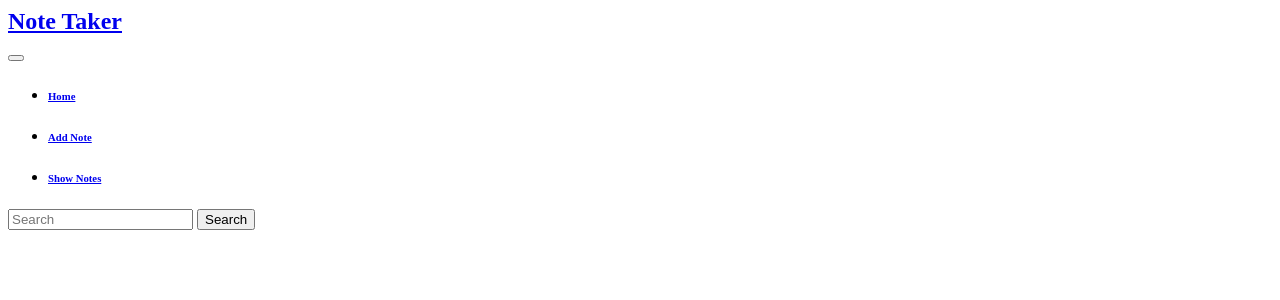
Repository: aadilnoor/Hibernate_learning
Page: http://localhost/NoteTakerProjectHibernate/navbar.jsp
These files come from the project's save history. The page is drawn as it stood at one moment and after the next save; the edit follows.
The browser window is 1280 px wide. The pictures show the whole page.
The page is served by Tomcat 9. Other server files are loaded and not shown.

Above is the page before, as saved 2024-02-01 10:51:20.

### NoteTakerProjectHibernate/src/main/webapp/navbar.jsp

<nav class="navbar navbar-expand-lg navbar-dark pink">
	<div class="container-fluid">
		<a class="navbar-brand" href="index.jsp"><h2>Note Taker</h2></a>
		<button class="navbar-toggler" type="button" data-bs-toggle="collapse"
			data-bs-target="#navbarSupportedContent"
			aria-controls="navbarSupportedContent" aria-expanded="false"
			aria-label="Toggle navigation">
			<span class="navbar-toggler-icon"></span>
		</button>
		<div class="collapse navbar-collapse" id="navbarSupportedContent">
			<ul class="navbar-nav me-auto mb-2 mb-lg-0">
				<li class="nav-item"><a class="nav-link active"
					aria-current="page" href="index.jsp"><h6>Home</h6></a></li>
				<li class="nav-item"><a class="nav-link active" href="add_notes.jsp"><h6>Add
						Note</h6></a></li>
				<!-- <li class="nav-item dropdown">
          <a class="nav-link dropdown-toggle" href="#" id="navbarDropdown" role="button" data-bs-toggle="dropdown" aria-expanded="false">
            Dropdown
          </a>
          <ul class="dropdown-menu" aria-labelledby="navbarDropdown">
            <li><a class="dropdown-item" href="#">Action</a></li>
            <li><a class="dropdown-item" href="#">Another action</a></li>
            <li><hr class="dropdown-divider"></li>
            <li><a class="dropdown-item" href="#">Something else here</a></li>
          </ul>
        </li> -->
				<li class="nav-item"><a class="nav-link enabled active" href="all_notes.jsp"
					tabindex="-1" aria-disabled="true"><h6>Show Notes</h6></a></li>
			</ul>
			<form class="d-flex">
				<input class="form-control me-2" type="search" placeholder="Search"
					aria-label="Search">
				<button class="btn btn-outline-light" type="submit">Search</button>
			</form>
		</div>
	</div>
</nav>

After the next save:
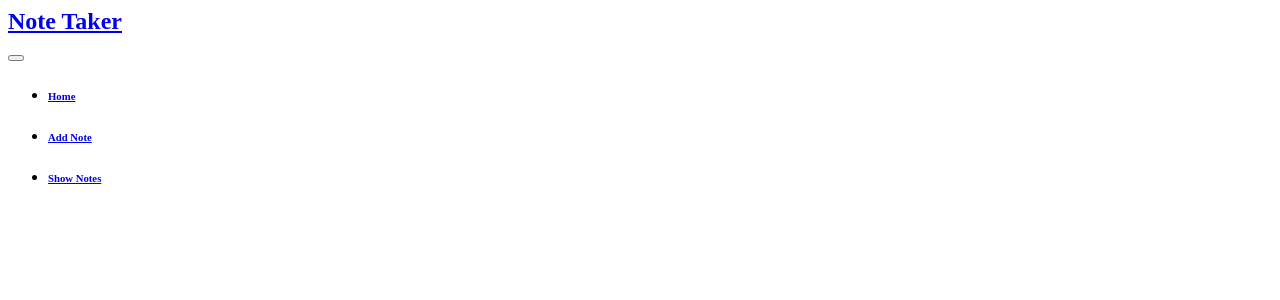
Saved 2 min 28 s later.
--- a/NoteTakerProjectHibernate/src/main/webapp/navbar.jsp
+++ b/NoteTakerProjectHibernate/src/main/webapp/navbar.jsp
@@ -28,11 +28,11 @@
 				<li class="nav-item"><a class="nav-link enabled active" href="all_notes.jsp"
 					tabindex="-1" aria-disabled="true"><h6>Show Notes</h6></a></li>
 			</ul>
-			<form class="d-flex">
+			<!-- <form class="d-flex">
 				<input class="form-control me-2" type="search" placeholder="Search"
 					aria-label="Search">
 				<button class="btn btn-outline-light" type="submit">Search</button>
-			</form>
+			</form> -->
 		</div>
 	</div>
 </nav>

After the save that followed:
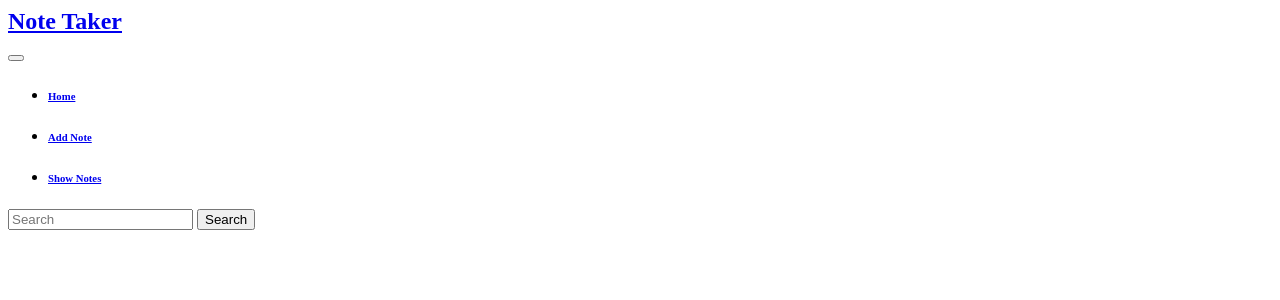
Saved 70 s later.
--- a/NoteTakerProjectHibernate/src/main/webapp/navbar.jsp
+++ b/NoteTakerProjectHibernate/src/main/webapp/navbar.jsp
@@ -28,11 +28,11 @@
 				<li class="nav-item"><a class="nav-link enabled active" href="all_notes.jsp"
 					tabindex="-1" aria-disabled="true"><h6>Show Notes</h6></a></li>
 			</ul>
-			<!-- <form class="d-flex">
+			<form class="d-flex">
 				<input class="form-control me-2" type="search" placeholder="Search"
 					aria-label="Search">
 				<button class="btn btn-outline-light" type="submit">Search</button>
-			</form> -->
+			</form>
 		</div>
 	</div>
 </nav>
